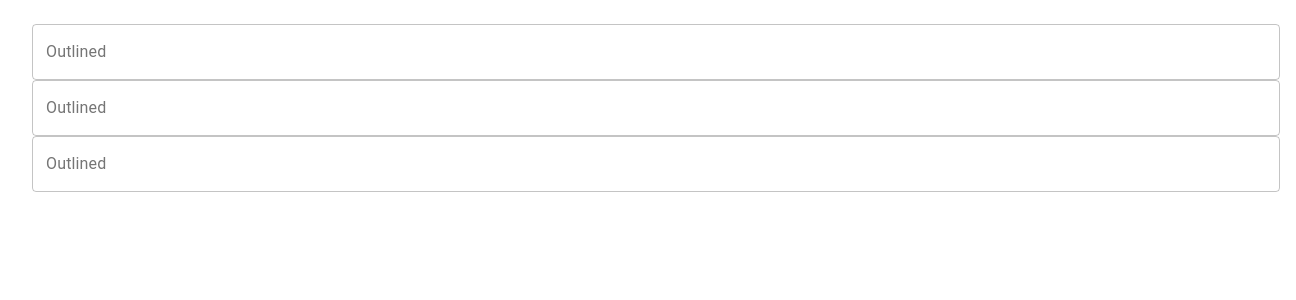
Repository: chathuraedirisingh/rr
Page: /
An editor plug-in stored every save of this project. The page is shown before and after the next save, followed by the edit.
The browser window is 1280 px wide. The page is 1296 px wide, then 1280 px, so the pictures cover 1296 px, including what lies to the right of the window. The pictures show the whole page.
The project was rebuilt for these pictures with package versions that can differ from the ones it lists, and the page was loaded fresh each time.

Above is the page before, as saved 2019-12-17 23:07:20.

After the next save:
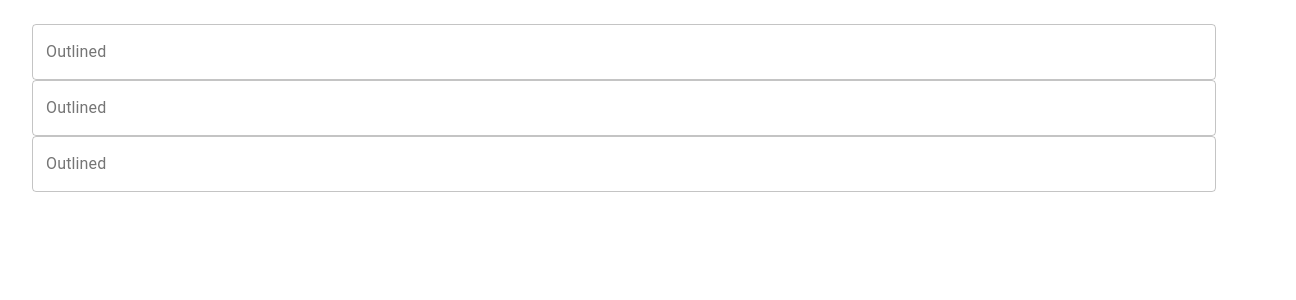
Saved 17 s later.
--- a/src/components/FormPersonalDetails.js
+++ b/src/components/FormPersonalDetails.js
@@ -13,7 +13,7 @@ export default class FormPersonalDetails extends Component {
         return (
             <ThemeProvider>
                 <React.Fragment>
-                    <div style={{ width: '100%', margin: 16 }}>
+                    <div style={{ width: '95%', margin: 16 }}>
                         <Box display="flex"
                             flexDirection="column"
                             p={1} m={1}
